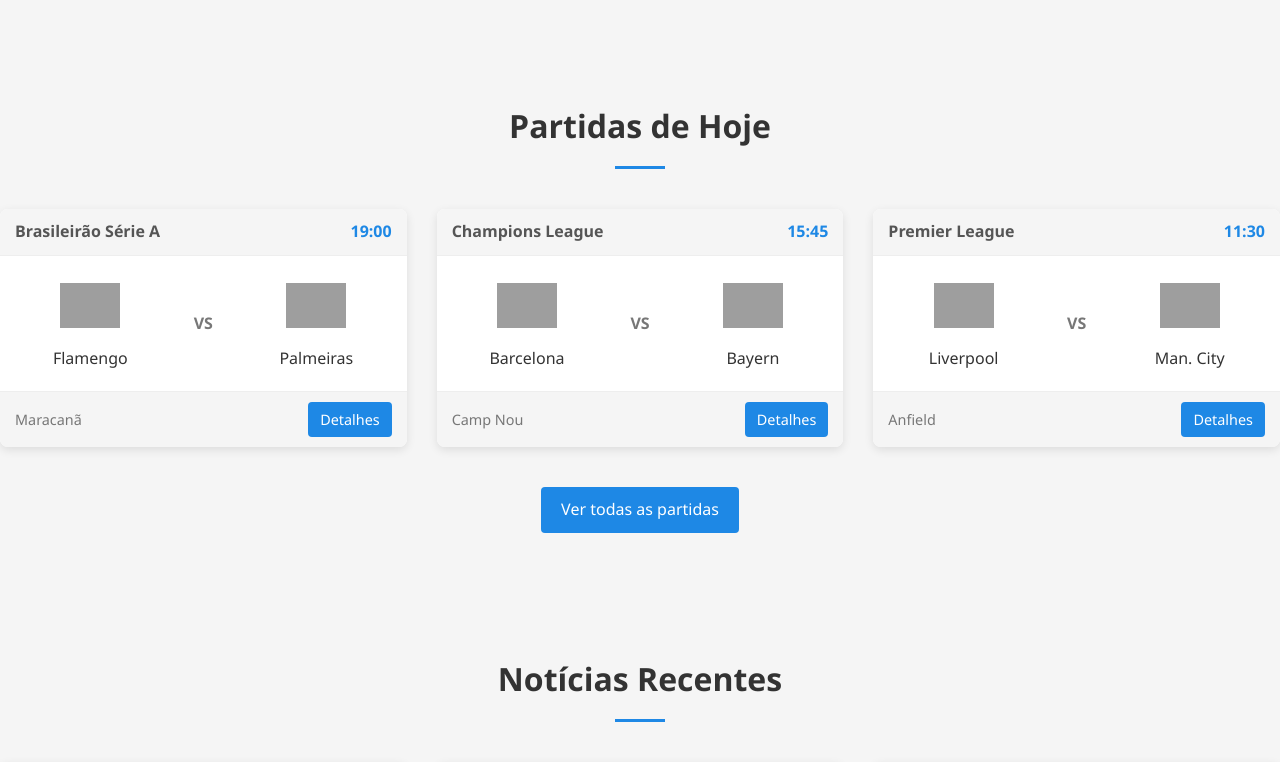
Repository: andreGattermeyer/noticias-futebol-angular
Page: / (app in projeto-fut/)
The author's editor kept a copy of each file at every save. The page is drawn from the files as they stood at one save, then again after a run of saves.
The browser window is 1280 px wide. The pictures show the part of the page from y = 580 to 1342 px (the page is 2352 px tall before and 2910 px after).
Pictures or frames that could not be fetched are drawn as grey boxes. The project was rebuilt for these pictures with package versions that can differ from the ones it lists, and the page was loaded fresh each time. Also part of the build but not shown: projeto-fut/angular.json, projeto-fut/src/app/partidas/partidas.component.ts.

Above is the page before, as saved 2025-04-09 18:43:16.

After the next 5 saves:
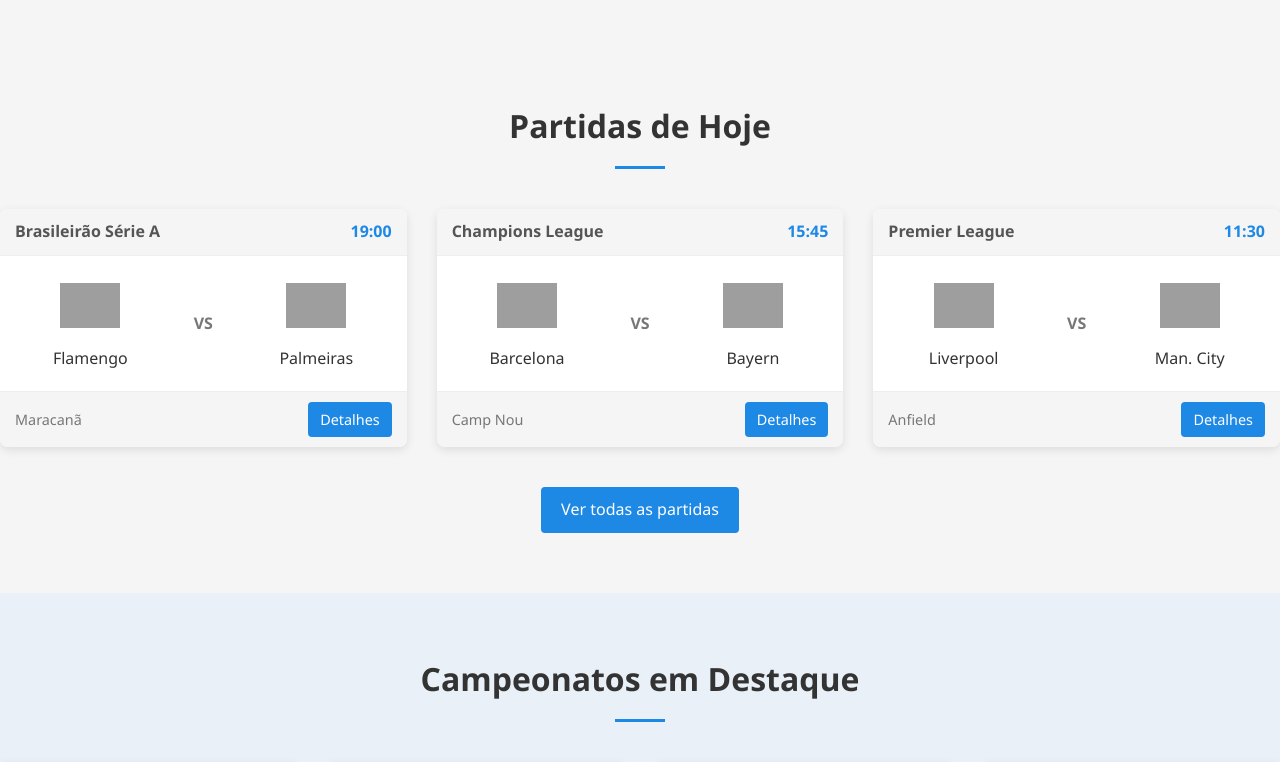
The 5 saves are shown as one change because 1 did not build or start and some came seconds apart.
The last was saved 81 s later.
--- a/projeto-fut/src/app/home/home.component.ts
+++ b/projeto-fut/src/app/home/home.component.ts
@@ -4,10 +4,11 @@
 import { HeroComponent } from "../hero/hero.component";
 import { NoticiasRecentesComponent } from "../noticias-recentes/noticias-recentes.component";
 import { FooterComponent } from "../footer/footer.component";
+import { CampeonatosDestaqueComponent } from "../campeonatos-destaque/campeonatos-destaque.component";
 
 @Component({
   selector: 'app-home',
-  imports: [HeaderComponent, PartidasHojeComponent, HeroComponent, NoticiasRecentesComponent, FooterComponent],
+  imports: [HeaderComponent, PartidasHojeComponent, HeroComponent, NoticiasRecentesComponent, FooterComponent, CampeonatosDestaqueComponent],
   templateUrl: './home.component.html',
   styleUrl: './home.component.css'
 })
--- a/projeto-fut/src/app/home/home.component.html
+++ b/projeto-fut/src/app/home/home.component.html
@@ -1,5 +1,6 @@
 <app-header></app-header>
 <app-hero></app-hero>
 <app-partidas-hoje></app-partidas-hoje>
+<app-campeonatos-destaque></app-campeonatos-destaque>
 <app-noticias-recentes></app-noticias-recentes>
 <app-footer></app-footer>
